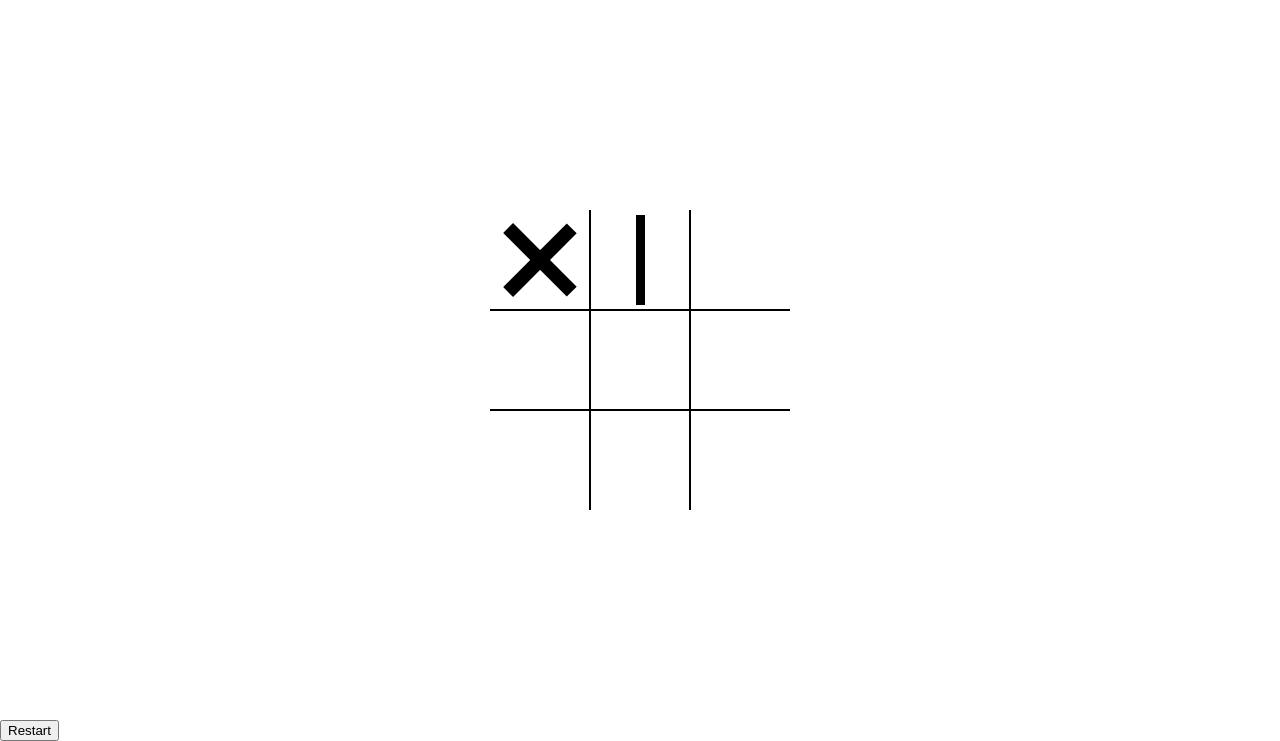
Repository: divya2/tic-toc-toe
Page: index.html
These files come from the project's save history. The page is drawn as it stood at one moment and after the next save; the edit follows.
The browser window is 1280 px wide. The pictures show the whole page.

Above is the page before, as saved 2020-10-29 21:15:56.
Not found: script.js

After the next save:
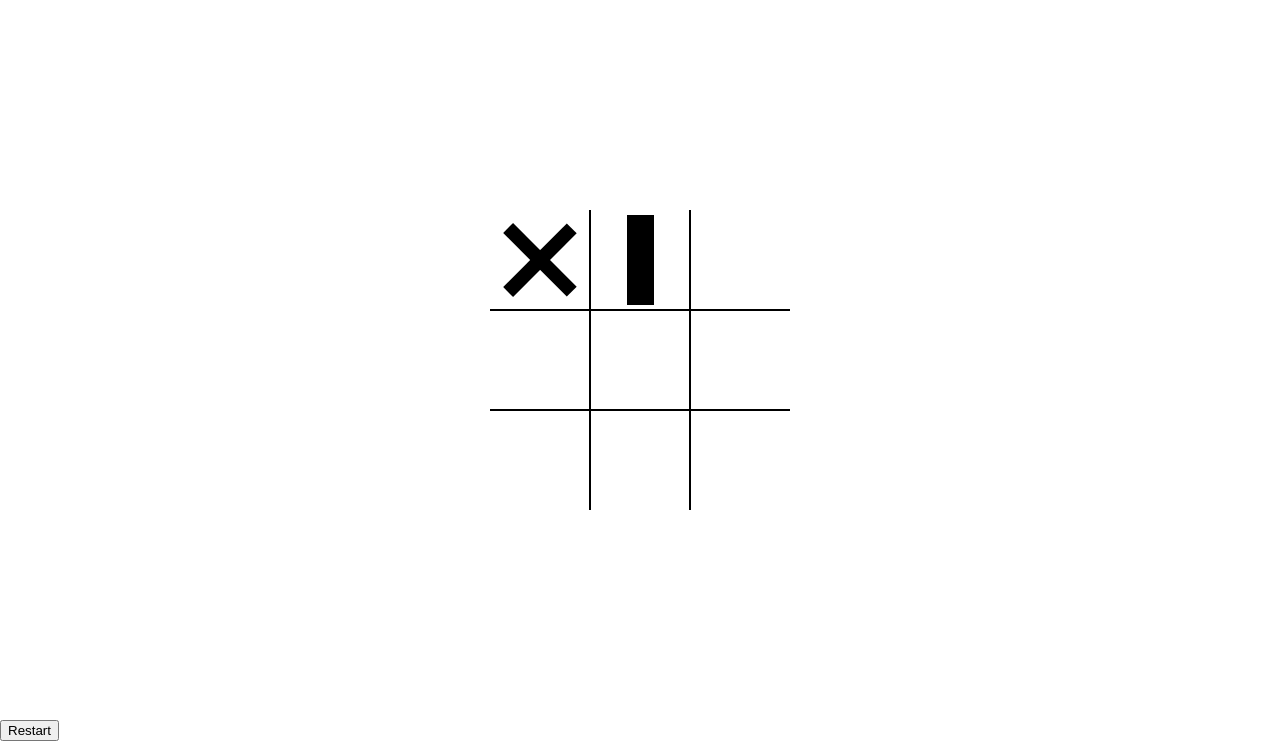
Saved 26 s later.
--- a/styles.css
+++ b/styles.css
@@ -72,7 +72,7 @@ body {
 .cell.circle::after{
     content: '';
     position: absolute;
-    width: calc(var(--mark-size)*.10);
+    width: calc(var(--mark-size)*.30);
     height: var(--mark-size);
     background-color: black;
 }
